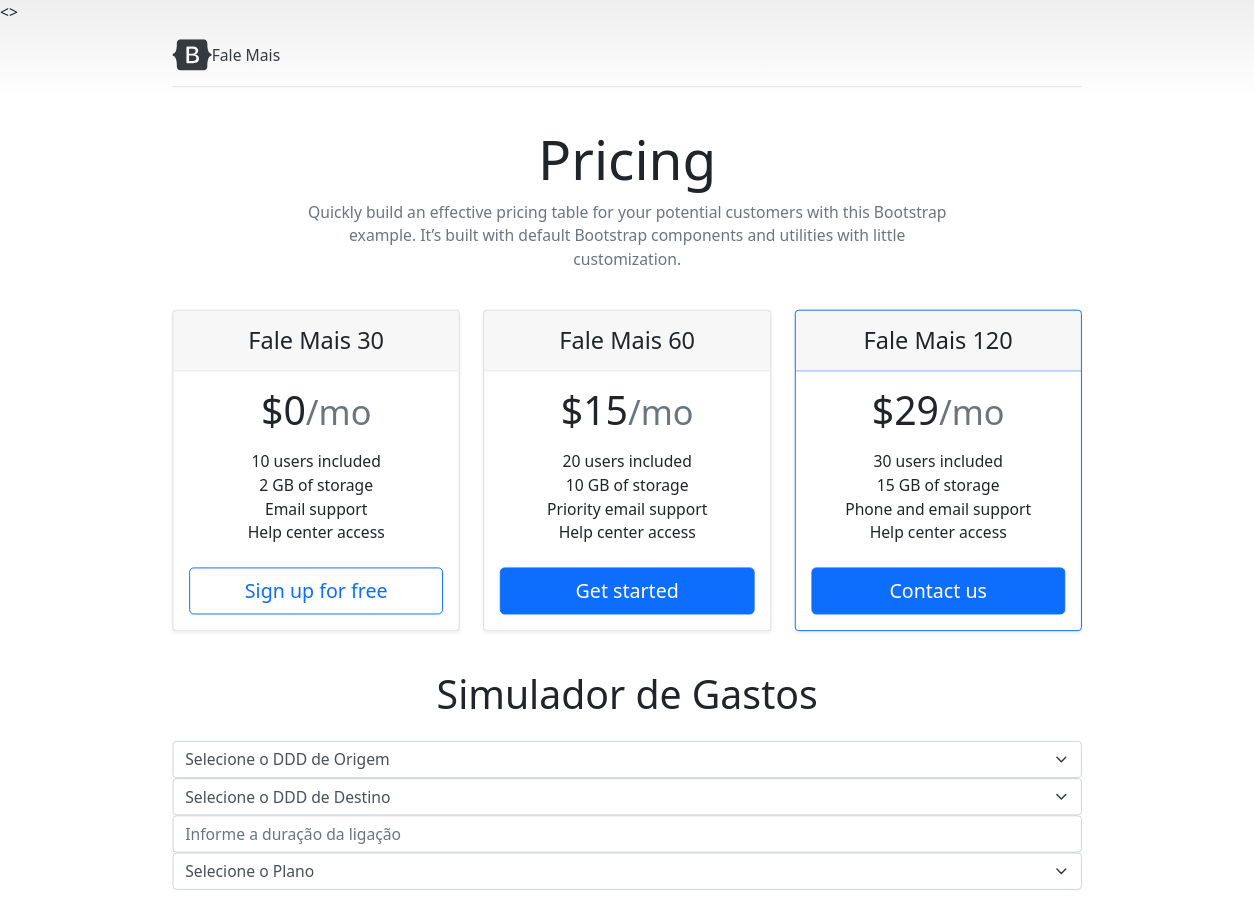
Repository: JuniorMagalhaesDeAlcantara/Fale-Mais
Page: src/resource/index.html
An editor plug-in stored every save of this project. The page is shown before and after the next save, followed by the edit.
The browser window is 1280 px wide. The pictures show the whole page, at 98% of full size.

Above is the page before, as saved 2022-08-02 15:09:35.

### src/resource/index.html
<!DOCTYPE html>
<html lang="pt-br">
<head>
  <meta charset="UTF-8">
  <meta name="viewport" content="width=device-width, initial-scale=1.0">
  <title>Fale Mais</title>
  <link rel="stylesheet" href="https://stackpath.bootstrapcdn.com/bootstrap/5.0.0-alpha1/css/bootstrap.min.css" integrity="sha384-r4NyP46KrjDleawBgD5tp8Y7UzmLA05oM1iAEQ17CSuDqnUK2+k9luXQOfXJCJ4I" crossorigin="anonymous">
  <script src="https://cdn.jsdelivr.net/npm/popper.js@1.16.0/dist/umd/popper.min.js" integrity="sha384-Q6E9RHvbIyZFJoft+2mJbHaEWldlvI9IOYy5n3zV9zzTtmI3UksdQRVvoxMfooAo" crossorigin="anonymous"></script>
  <script src="https://stackpath.bootstrapcdn.com/bootstrap/5.0.0-alpha1/js/bootstrap.min.js" integrity="sha384-oesi62hOLfzrys4LxRF63OJCXdXDipiYWBnvTl9Y9/TRlw5xlKIEHpNyvvDShgf/" crossorigin="anonymous"></script>
</head>
<body>


      <!-- Custom styles for this template -->
      <link href="../resource/css/style.css" rel="stylesheet">
    </head>
    <>

  <svg xmlns="http://www.w3.org/2000/svg" style="display: none;">
    <symbol id="check" viewBox="0 0 16 16">
      <title>Check</title>
      <path d="M13.854 3.646a.5.5 0 0 1 0 .708l-7 7a.5.5 0 0 1-.708 0l-3.5-3.5a.5.5 0 1 1 .708-.708L6.5 10.293l6.646-6.647a.5.5 0 0 1 .708 0z"/>
    </symbol>
  </svg>

  <div class="container py-3">
    <header>
      <div class="d-flex flex-column flex-md-row align-items-center pb-3 mb-4 border-bottom">
        <a href="/" class="d-flex align-items-center text-dark text-decoration-none">
          <svg xmlns="http://www.w3.org/2000/svg" width="40" height="32" class="me-2" viewBox="0 0 118 94" role="img"><title>Fale Mais</title><path fill-rule="evenodd" clip-rule="evenodd" d="M24.509 0c-6.733 0-11.715 5.893-11.492 12.284.214 6.14-.064 14.092-2.066 20.577C8.943 39.365 5.547 43.485 0 44.014v5.972c5.547.529 8.943 4.649 10.951 11.153 2.002 6.485 2.28 14.437 2.066 20.577C12.794 88.106 17.776 94 24.51 94H93.5c6.733 0 11.714-5.893 11.491-12.284-.214-6.14.064-14.092 2.066-20.577 2.009-6.504 5.396-10.624 10.943-11.153v-5.972c-5.547-.529-8.934-4.649-10.943-11.153-2.002-6.484-2.28-14.437-2.066-20.577C105.214 5.894 100.233 0 93.5 0H24.508zM80 57.863C80 66.663 73.436 72 62.543 72H44a2 2 0 01-2-2V24a2 2 0 012-2h18.437c9.083 0 15.044 4.92 15.044 12.474 0 5.302-4.01 10.049-9.119 10.88v.277C75.317 46.394 80 51.21 80 57.863zM60.521 28.34H49.948v14.934h8.905c6.884 0 10.68-2.772 10.68-7.727 0-4.643-3.264-7.207-9.012-7.207zM49.948 49.2v16.458H60.91c7.167 0 10.964-2.876 10.964-8.281 0-5.406-3.903-8.178-11.425-8.178H49.948z" fill="currentColor"></path></svg>
          <span class="fs-4">Fale Mais</span>
        </a>
      </div>

      <div class="pricing-header p-3 pb-md-4 mx-auto text-center">
        <h1 class="display-4 fw-normal">Pricing</h1>
        <p class="fs-5 text-muted">Quickly build an effective pricing table for your potential customers with this Bootstrap example. It’s built with default Bootstrap components and utilities with little customization.</p>
      </div>
    </header>

    <main>
      <div class="row row-cols-1 row-cols-md-3 mb-3 text-center">
        <div class="col">
          <div class="card mb-4 rounded-3 shadow-sm">
            <div class="card-header py-3">
              <h4 class="my-0 fw-normal">Fale Mais 30</h4>
            </div>
            <div class="card-body">
              <h1 class="card-title pricing-card-title">$0<small class="text-muted fw-light">/mo</small></h1>
              <ul class="list-unstyled mt-3 mb-4">
                <li>10 users included</li>
                <li>2 GB of storage</li>
                <li>Email support</li>
                <li>Help center access</li>
              </ul>
              <button type="button" class="w-100 btn btn-lg btn-outline-primary">Sign up for free</button>
            </div>
          </div>
        </div>
        <div class="col">
          <div class="card mb-4 rounded-3 shadow-sm">
            <div class="card-header py-3">
              <h4 class="my-0 fw-normal">Fale Mais 60</h4>
            </div>
            <div class="card-body">
              <h1 class="card-title pricing-card-title">$15<small class="text-muted fw-light">/mo</small></h1>
              <ul class="list-unstyled mt-3 mb-4">
                <li>20 users included</li>
                <li>10 GB of storage</li>
                <li>Priority email support</li>
                <li>Help center access</li>
              </ul>
              <button type="button" class="w-100 btn btn-lg btn-primary">Get started</button>
            </div>
          </div>
        </div>
        <div class="col">
          <div class="card mb-4 rounded-3 shadow-sm border-primary">
            <div class="card-header py-3 text-bg-primary border-primary">
              <h4 class="my-0 fw-normal">Fale Mais 120</h4>
            </div>
            <div class="card-body">
              <h1 class="card-title pricing-card-title">$29<small class="text-muted fw-light">/mo</small></h1>
              <ul class="list-unstyled mt-3 mb-4">
                <li>30 users included</li>
                <li>15 GB of storage</li>
                <li>Phone and email support</li>
                <li>Help center access</li>
              </ul>
              <button type="button" class="w-100 btn btn-lg btn-primary">Contact us</button>
            </div>
          </div>
        </div>
      </div>

      <h2 class="display-6 text-center mb-4">Simulador de Gastos</h2>

      <select class="form-select" aria-label="Default select example">
        <option selected>Selecione o DDD de Origem</option>
        <option value="1">11</option>
        <option value="2">16</option>
        <option value="3">17</option>
        <option value="4">18</option>
      </select>

      <select class="form-select" aria-label="Default select example">
        <option selected>Selecione o DDD de Destino</option>
        <option value="1">11</option>
        <option value="2">16</option>
        <option value="3">17</option>
        <option value="4">18</option>
      </select>

      <input class="form-control" type="text" placeholder="Informe a duração da ligação" aria-label="default input example">

      <select class="form-select" aria-label="Default select example">
        <option selected>Selecione o Plano</option>
        <option value="1">30</option>
        <option value="2">60</option>
        <option value="3">90</option>
     </select>


      </main>
      </div>


    </body>
  </html>

### src/resource/css/style.css
body {
    background-image: linear-gradient(180deg, #eee, #fff 100px, #fff);
  }

  .container {
    max-width: 960px;
  }

  .pricing-header {
    max-width: 700px;
  }

        .bd-placeholder-img {
          font-size: 1.125rem;
          text-anchor: middle;
          -webkit-user-select: none;
          -moz-user-select: none;
          user-select: none;
        }

        @media (min-width: 768px) {
          .bd-placeholder-img-lg {
            font-size: 3.5rem;
          }
        }

        .b-example-divider {
          height: 3rem;
          background-color: rgba(0, 0, 0, .1);
          border: solid rgba(0, 0, 0, .15);
          border-width: 1px 0;
          box-shadow: inset 0 .5em 1.5em rgba(0, 0, 0, .1), inset 0 .125em .5em rgba(0, 0, 0, .15);
        }

        .b-example-vr {
          flex-shrink: 0;
          width: 1.5rem;
          height: 100vh;
        }

        .bi {
          vertical-align: -.125em;
          fill: currentColor;
        }

        .nav-scroller {
          position: relative;
          z-index: 2;
          height: 2.75rem;
          overflow-y: hidden;
        }

        .nav-scroller .nav {
          display: flex;
          flex-wrap: nowrap;
          padding-bottom: 1rem;
          margin-top: -1px;
          overflow-x: auto;
          text-align: center;
          white-space: nowrap;
          -webkit-overflow-scrolling: touch;
        }

After the next save:
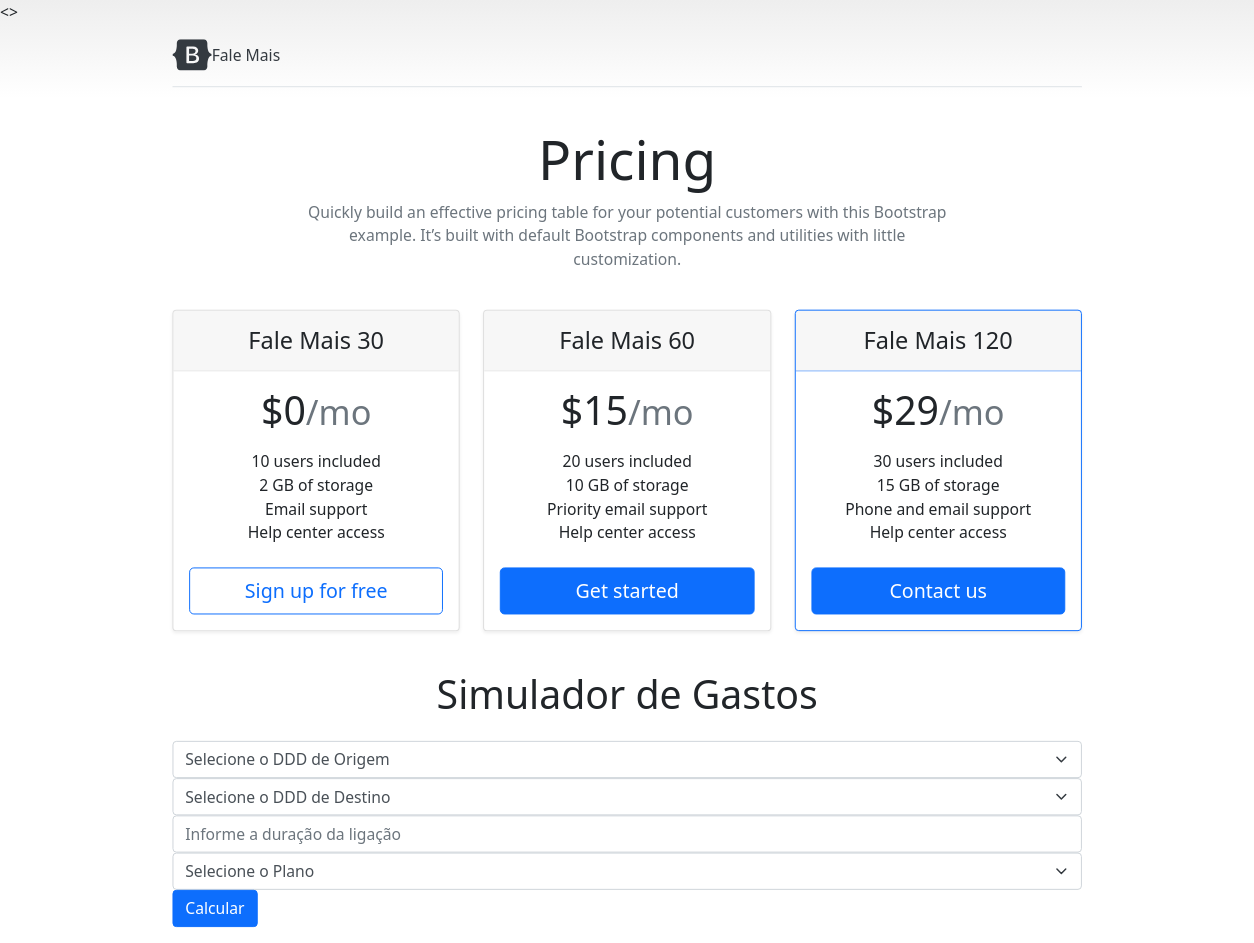
Saved 106 s later.
--- a/src/resource/index.html
+++ b/src/resource/index.html
@@ -94,7 +94,7 @@
       </div>
 
       <h2 class="display-6 text-center mb-4">Simulador de Gastos</h2>
-
+<form>
       <select class="form-select" aria-label="Default select example">
         <option selected>Selecione o DDD de Origem</option>
         <option value="1">11</option>
@@ -120,6 +120,8 @@
         <option value="3">90</option>
      </select>
 
+     <button type="button" class="btn btn-primary">Calcular</button>
+    </form>
 
       </main>
       </div>
